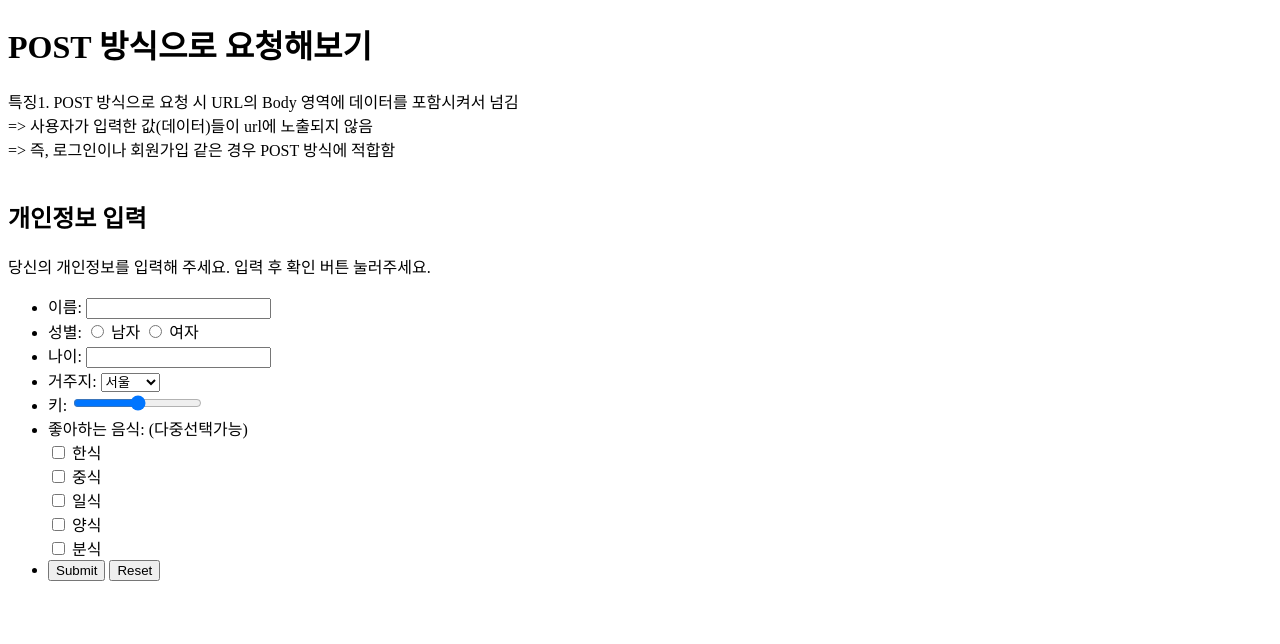
Repository: 1400CP/05_server-workspace1
Page: 1_Servlet/WebContent/views/requestTest_POST.html
The author's editor kept a copy of each file at every save. The page is drawn from the files as they stood at one save, then again after the next save.
The browser window is 1280 px wide. The pictures show the whole page.

Above is the page before, as saved 2025-02-14 03:47:01.

After the next save:
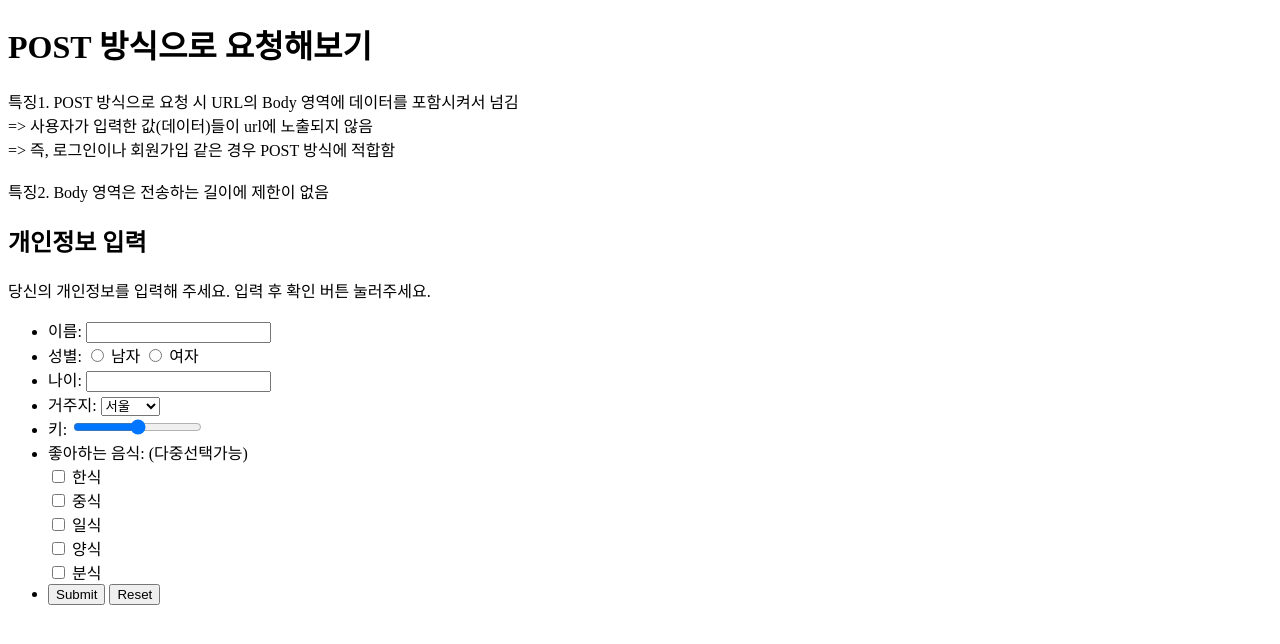
Saved 31 s later.
--- a/1_Servlet/WebContent/views/requestTest_POST.html
+++ b/1_Servlet/WebContent/views/requestTest_POST.html
@@ -12,6 +12,9 @@
 	특징1. POST 방식으로 요청 시 URL의 Body 영역에 데이터를 포함시켜서 넘김 <br>
 		=> 사용자가 입력한 값(데이터)들이 url에 노출되지 않음 <br>
 		=> 즉, 로그인이나 회원가입 같은 경우 POST 방식에 적합함 <br><br>
+
+	특징2. Body 영역은 전송하는 길이에 제한이 없음 <br>
+
 </p>
 
 <h2>개인정보 입력</h2>
